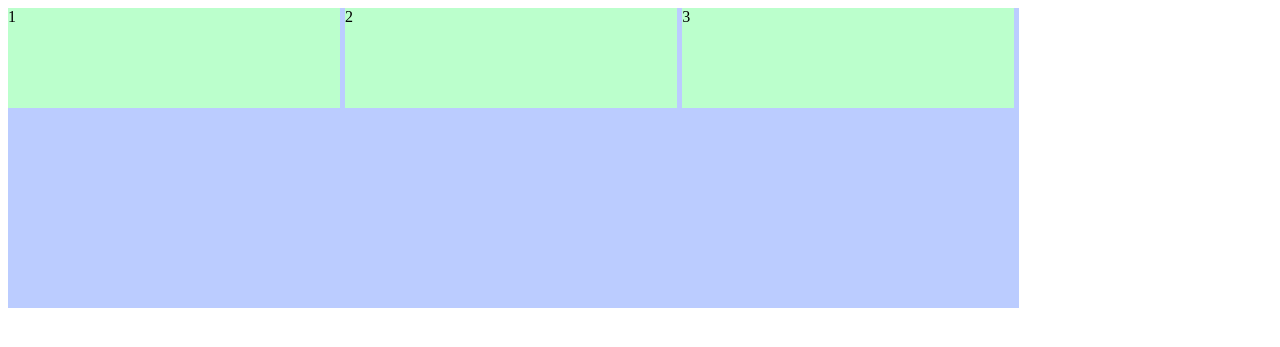
Repository: liutian97/learn1
Page: 移动端web开发/代码/2. Flex 伸缩布局/02-flex主轴方向.html
The author's editor kept a copy of each file at every save. The page is drawn from the files as they stood at one save, then again after the next save.
The browser window is 1280 px wide. The pictures show the whole page.

Above is the page before, as saved 2022-07-02 16:30:27.

### 移动端web开发/代码/2. Flex 伸缩布局/02-flex主轴方向.html
<!DOCTYPE html>
<html lang="en">
<head>
  <meta charset="UTF-8">
  <meta http-equiv="X-UA-Compatible" content="IE=edge">
  <meta name="viewport" content="width=device-width, initial-scale=1.0">
  <title>Document</title>
  <style>
    div {
      width: 80%;
      height: 300px;
      background-color: #bcf;
      display: flex;

      justify-content: space-around
    }

    div span {
      width: 150px;
      height: 100px;
      margin-right: 5px;
      background-color: #bfc;
      flex: 1;

    }
  </style>
</head>
<body>
  <div>
    <span>1</span>
    <span>2</span>
    <span>3</span>
  </div>
</body>
</html>


















<!-- <!DOCTYPE html>
<html lang="en">

<head>
    <meta charset="UTF-8">
    <meta name="viewport" content="width=device-width, initial-scale=1.0">
    <meta http-equiv="X-UA-Compatible" content="ie=edge">
    <title>Document</title>
    <style>
        div {
            /* 给父级添加flex属性 */
            display: flex;
            width: 800px;
            height: 300px;
            background-color: pink;
            /* 默认的主轴是 x 轴 行 row  那么y轴就是侧轴喽 */
            /* 我们的元素是跟着主轴来排列的 */
            /* flex-direction: row; */
            /* 简单了解 翻转 */
            /* flex-direction: row-reverse; */
            /* 我们可以把我们的主轴设置为 y轴 那么 x 轴就成了侧轴 */
            flex-direction: column;
        }

        div span {
            width: 150px;
            height: 100px;
            background-color: purple;
        }
    </style>
</head>

<body>
    <div>
        <span>1</span>
        <span>2</span>
        <span>3</span>
    </div>
</body>

</html> -->

After the next save:
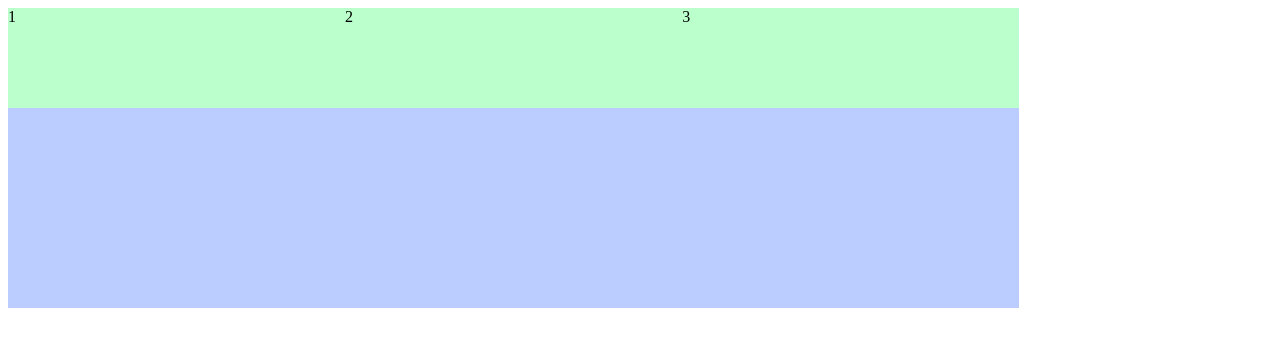
Saved 6 s later.
--- a/移动端web开发/代码/2. Flex 伸缩布局/02-flex主轴方向.html
+++ b/移动端web开发/代码/2. Flex 伸缩布局/02-flex主轴方向.html
@@ -18,7 +18,6 @@
     div span {
       width: 150px;
       height: 100px;
-      margin-right: 5px;
       background-color: #bfc;
       flex: 1;
 
